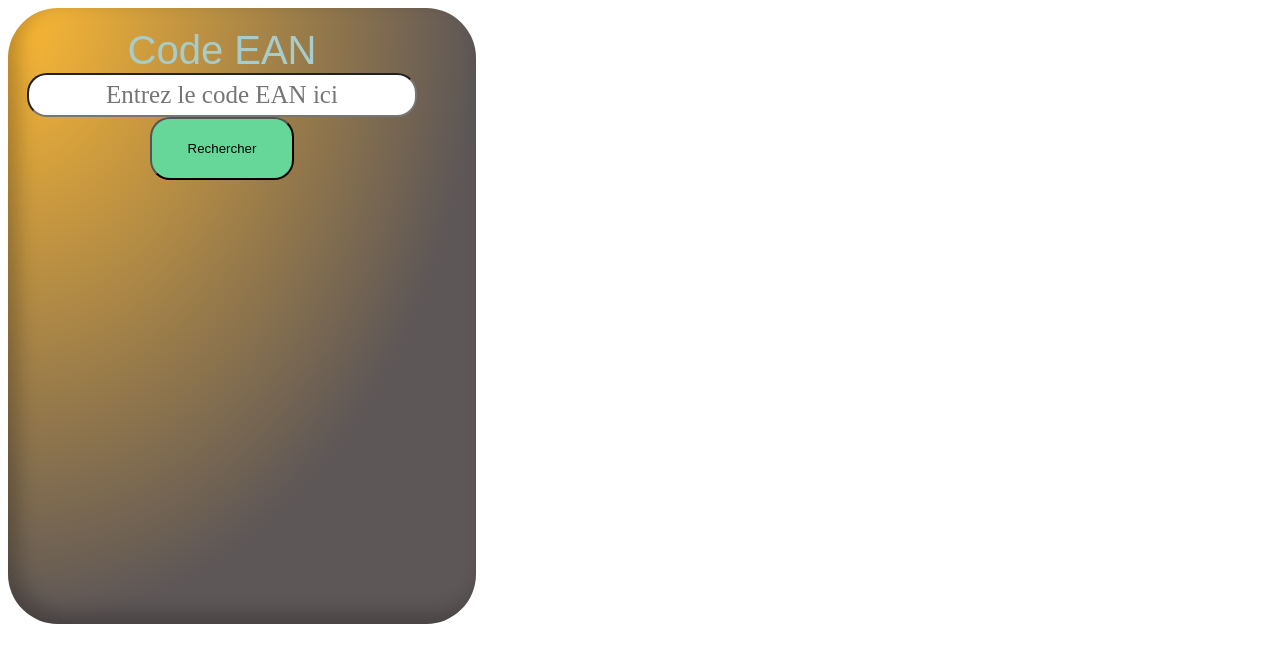
Repository: Zouz01/exo-toucan
Page: index.html
These files come from the project's save history. The page is drawn as it stood at one moment and after a run of saves; the edit follows.
The browser window is 1280 px wide. The pictures show the whole page.

Above is the page before, as saved 2023-09-21 12:23:17.

### index.html
<!DOCTYPE html>
<html lang="fr">
<head>
    <meta charset="UTF-8">
    <meta name="viewport" content="width=device-width, initial-scale=1">
    <title>TOUCAN API</title>
    <link rel="stylesheet" type="text/css" href="main.css">
</head>
<body>
    <div class="container">
        <!-- Formulaire de recherche -->
        <form id="product-form" action="https://fr.openfoodfacts.org/api/v0/product/<<code_EAN_13>>" method="POST">
            <label for="code_ean">Code EAN </label>
            <input type="text" id="code_ean" name="code_ean" placeholder="Entrez le code EAN ici"><!-- Champ de saisie du code EAN -->
            <button type="submit" id="submit">Rechercher</button> <!-- Bouton de soumission du formulaire -->
        </form>

        <!-- Conteneur pour l'affichage de l'image et des informations -->
        <div><img id="img"></div>
        <div id="product-info"></div>
    </div>

    <!-- Inclusion du script JavaScript -->
    <script src="main.js"></script>
   <scrip // Récupérez une référence vers le conteneur de résultat
    var resultContainer = document.getElementById('result-container');

    // Récupérez la hauteur du contenu de #product-info
    var contentHeight = document.getElementById('product-info').offsetHeight;

    // Définissez la hauteur de #result-container en fonction de la hauteur du contenu
    resultContainer.style.height = contentHeight + 'px';</script>

</body>
</html>

### main.css
body {
    font-family: Arial, sans-serif;

}

.container {
    width: 428px;
    height: 926px;
   position: fixed;
    text-align: center;

    background: radial-gradient(100% 100% at 0% 0%, #FFBA33 0%, #5e5757 100%);
   /* background: radial-gradient(100% 100% at 0% 0%, #A6A6A6 0.46%, #000000 78.06%);
    background: linear-gradient(167.94deg, #7AA77E 0%, #476F72 100%);*/

    opacity: 1.8;
    box-shadow: inset 10px -10px 20px rgba(0, 0, 0, 0.25);
    border-radius: 50px;
    overflow: auto; /* Ajout du débordement automatique si le contenu dépasse la hauteur du conteneur */
    max-height: 80%; /* Définition d'une hauteur maximale pour le contenu */
    padding: 20px; /* Ajout d'un espace interne pour le contenu */
    display: flex; /* Utilisation de flexbox pour centrer le contenu */
    justify-content: center; /* Centre horizontalement le contenu */
    align-items: flex-start; /* Aligne les éléments en haut de la div container */
}


/* position ecriture label*/
label {


    font-size: 40px;
    color: rgb(167, 204, 204);
   left: 120px;




}
/*position img*/
#img {
    position: relative;
   border-radius: 20px;
   width: 20%;
   top: 900px;
}

/*position retour d'information produit*/
#product-info {
    padding: 20px;
    color: rgb(171, 221, 205);
    font-size: larger;
    text-align: center; /* Centre le texte horizontalement */
    max-height: 100%; /* Le contenu de #product-info ne dépassera pas la hauteur du conteneur */
    overflow-y: auto; /* Ajout du débordement vertical automatique si le contenu dépasse la hauteur maximale */

}
h2 {
    font-size: xx-large;
    color: #7af3b1;
}
p{
    font-size: larger ;
}

/* Champ de saisie pour entrer le code EAN */
#code_ean {

   border-radius: 20px;
    width: 382px;
    height: 38px;
   right:24px ;
    top: 80px;
    font-family: 'Montserrat';
font-style: normal;
font-weight: 500;
font-size: 25px;
line-height: 30px;
text-align: center;

color: #0f0d0d;



}

/* Bouton de recherche */
button[type="submit"] {

    width: 144px;
    height: 63px;
  background-color: #67d699;

    border-radius: 20px;





}




/* styles pour les écrans plus grands */
/* @media (min-width: 900px) {
     .container {
        width: 1860px;
        height: 900px;
     }
        button[type="submit"] {
            position: absolute;
    width: 184px;
    height: 83px;
  background-color: #67d699;
    bottom: 50px;
    border-radius: 20px;
    right: 870px;
        }
        #code_ean {
            position: absolute;
           border-radius: 20px;
            width: 1382px;
            height: 68px;
           right:15% ;
            top: 80px;
            font-family: 'Montserrat';
        font-style: normal;
        font-weight: 500;
        font-size: 25px;
        line-height: 30px;
        text-align: center;
        color: #0f0d0d;

 }
 label {

    top: 20px;
    font-size: 40px;
    color: rgb(167, 204, 204);
   left: 800px;
    position :fixed;

}
#product-info {
    position: absolute;
    padding: 50px;
    color:rgb(171, 221, 205);
    top: 200px;
    left: 30%;

 }
 #img {
    position: relative;
   border-radius: 20px;
   max-width: 20%;
   max-height: 10%;
   top: 230px;
   right: 30%;
}
h2 {
    font-size: 50px;
    color: aqua;
}
p{
    font-size: 30px ;
}
} */

### main.js
const form = document.querySelector("#product-form"); //Interagit avec  HTML avec l'id "product-form"
const code_ean = document.querySelector("#code_ean"); //Interagit avec  HTML  avec l'id "code_ean"
const productInfo = document.querySelector("#product-info"); //Interagit avec  HTML avec l'id "les informations produits"
const img = document.querySelector("#img");  //Interagit avec  HTML avec l'id "les images"
const submit = document.querySelector("#submit");  //Interagit avec  HTML avec l'id "Boutton envoi"


submit.addEventListener("click", (e) => { // Ecouteur d'événement sur le bouton d'envoi qui écoute un événement de clic
    e.preventDefault();

    // validation du code
    if (code_ean.value.length !== 13) {
        alert("Le code EAN doit contenir 13 chiffres.");// Le script vérifie si la valeur du champ de saisie du code EAN comporte 13 caractères
        return;                                         // Sinon, il affiche une alerte indiquant que le code EAN doit contenir 13 chiffres.
    }else

// Si code correct alors ...
    // Récupére les informations du produit depuis l'API
    fetch("https://fr.openfoodfacts.org/api/v0/product/" + code_ean.value) //Méthode pour envoyer une requête GET à l'API
        .then((reponse) => reponse.json())   //  Convertit  la réponse de l'API en JSON
        .then((data) => {                    //  Pour accéder aux données.
            let product = data.product;
            img.src = product.image_url;


             //Affiche les informations sur le produit, ( avec innerHTML on definila source de l'éléments)
             productInfo.innerHTML =`
             <h2><b>Nom</b> : ${product.abbreviated_product_name}</h2>
             <p><b>Marque</b> : ${product.brands}</p>
             <p><b>Catégorie</b> : ${product.categories}</p>
             <p><b>Ingrédients</b> : ${product.ingredients_text}</p>`
             console.log (data)
        }); // ${} veut dire interpreter

});

   /*fecht veut dire aller chercher*/

After the next 2 saves:
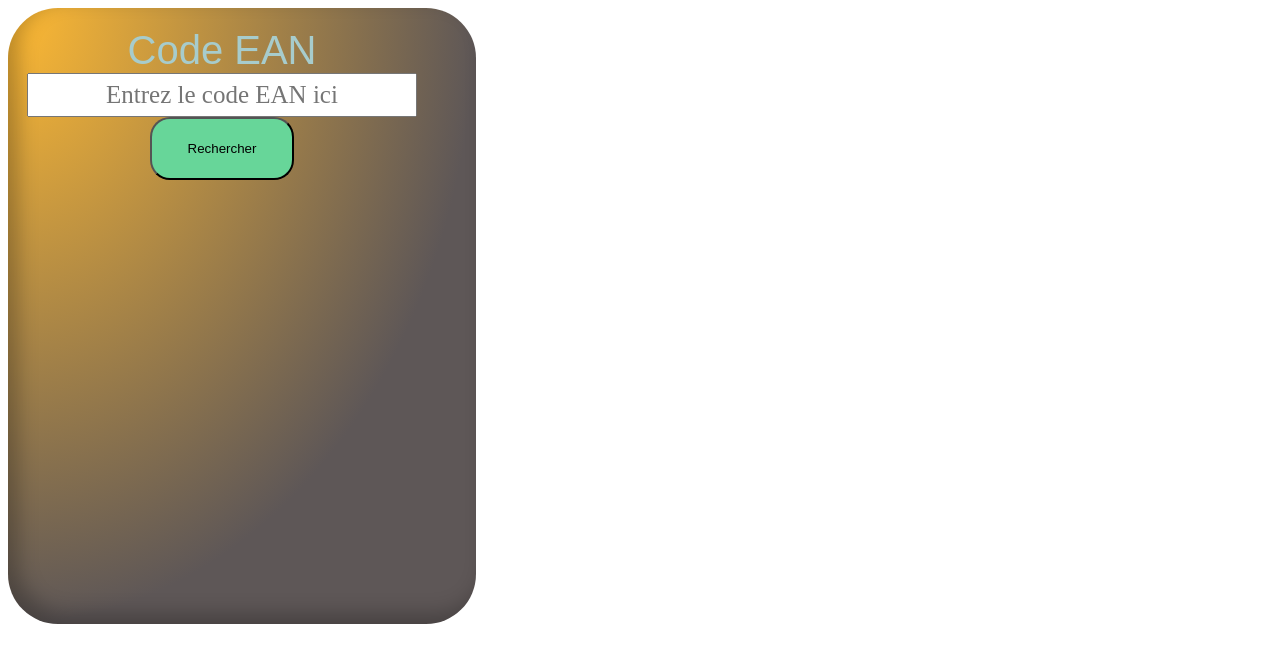
The 2 saves are shown as one change because they came seconds apart.
The last was saved 13 s later.
--- a/main.css
+++ b/main.css
@@ -65,7 +65,7 @@ p{
 
 /* Champ de saisie pour entrer le code EAN */
 #code_ean {
-
+   positin
    border-radius: 20px;
     width: 382px;
     height: 38px;
